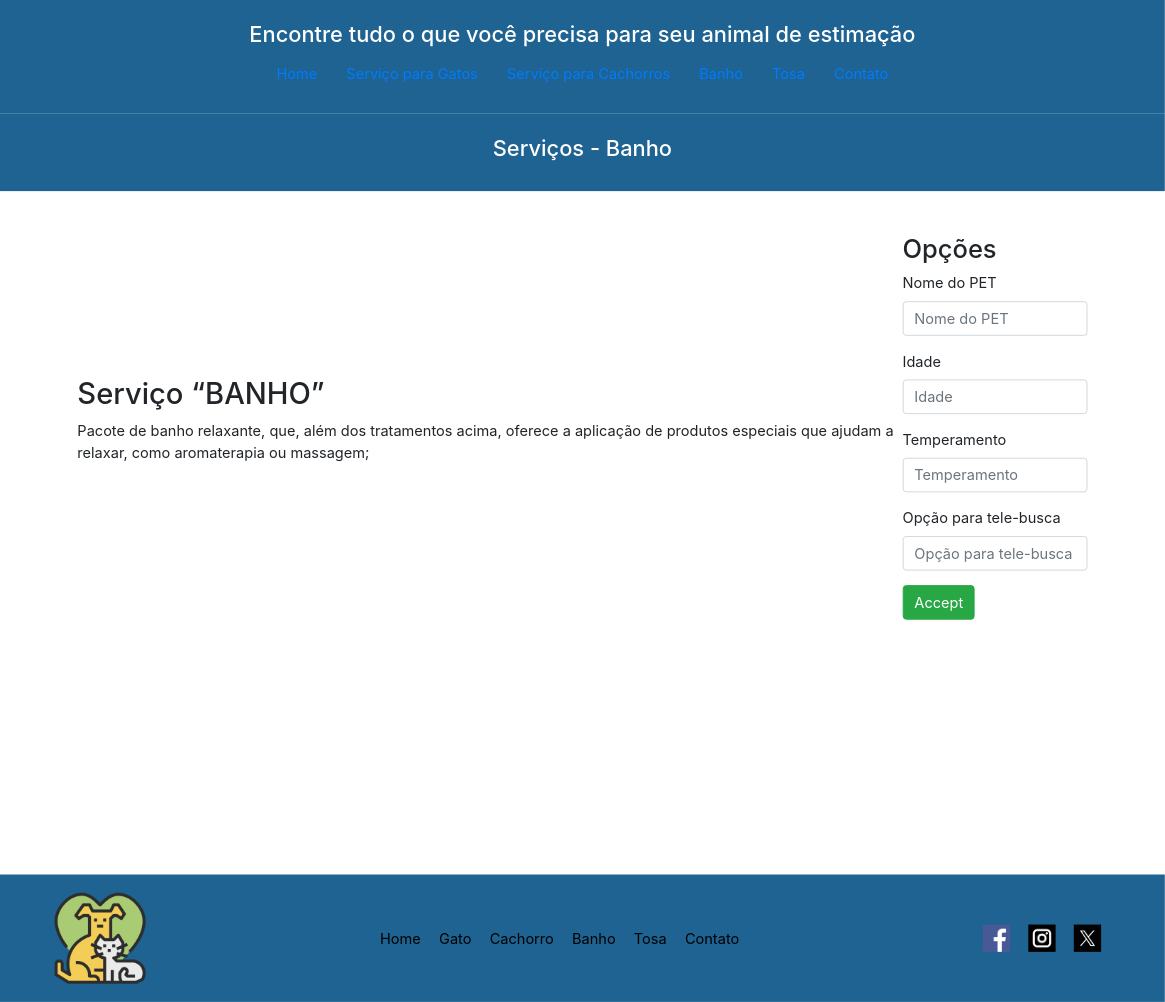
Repository: graeff01/petshop-project
Page: banho.html
These files come from the project's save history. The page is drawn as it stood at one moment and after the next save; the edit follows.
The browser window is 1280 px wide. The pictures show the whole page, at 91% of full size.

Above is the page before, as saved 2024-09-18 11:53:49.

After the next save:
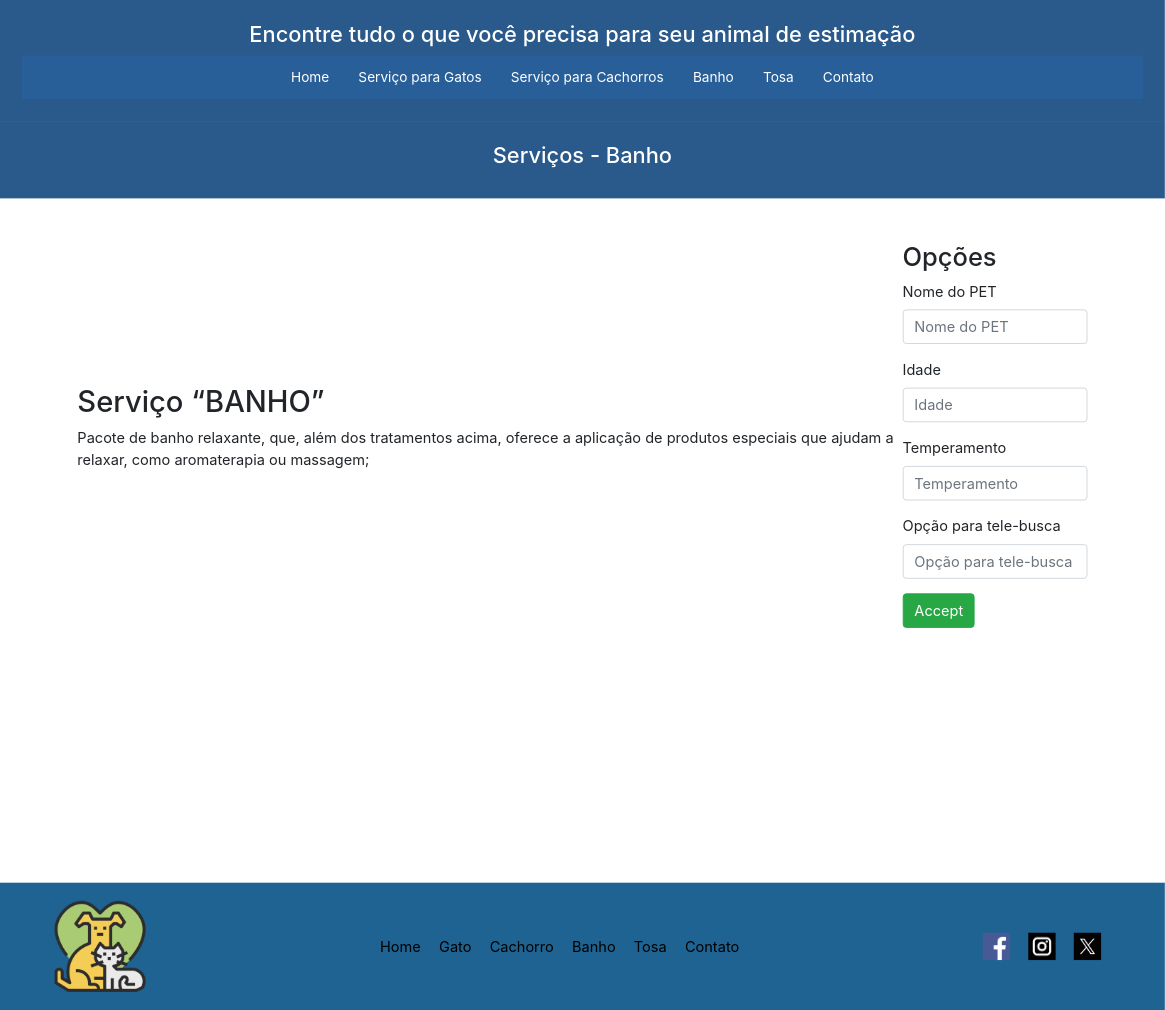
Saved 6 s later.
--- a/css/bt.css
+++ b/css/bt.css
@@ -1,25 +1,45 @@
 /*dog.html */
-
 body {
     font-family: Arial, sans-serif;
     margin: 0;
     padding: 0;
 }
 
+/* Cabeçalho */
 header.blue-background {
-    background-color: #1e6391;
+    background-color: #2a598b;
     color: white;
-    padding: 20px 0;
+    padding: 5px 0;
     text-align: center;
     width: 100%;
     box-sizing: border-box;
 }
 
 header.blue-background h1 {
-
     font-size: 24px;
 }
 
+
+nav ul {
+    width: 100%;
+
+    list-style: none; /* Remove marcadores de lista */
+    display: flex;
+    background-color: #2a619cce;
+    padding: 5px 0;
+}
+
+nav ul li {
+    margin: 0;
+    padding: 0;
+}
+
+nav ul li a {
+    color: rgb(255, 255, 255);
+    text-decoration: none;
+    font-size: 15px;
+    transition: color 0.3s ease;
+}
 
 .footer {
     margin-top: 280px;
